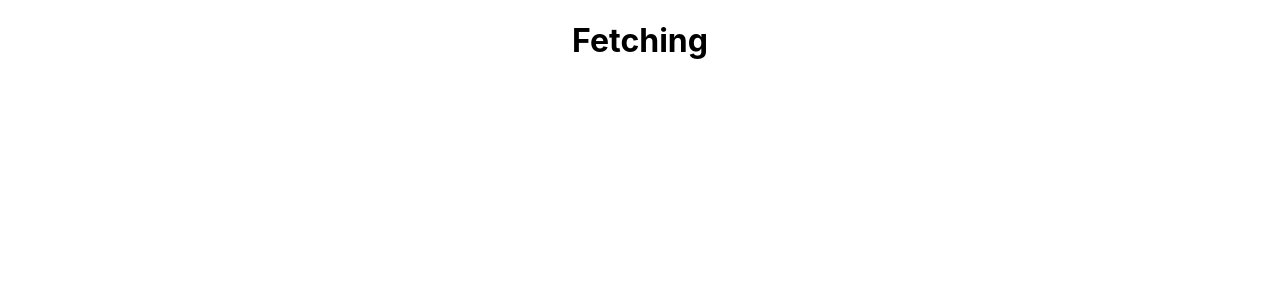
Repository: Tsardines/app
Page: / (app in my-app/)
An editor plug-in stored every save of this project. The page is shown before and after the next save, followed by the edit.
The browser window is 1280 px wide. The pictures show the whole page.
The page's requests for data from a server got no answer. The project was rebuilt for these pictures with package versions that can differ from the ones it lists, and the page was loaded fresh each time. No one was signed in, and anything a server would have sent is missing.

Above is the page before, as saved 2018-11-13 22:52:38.

### my-app/public/index.html
<!DOCTYPE html>
<html lang="en">
  <head>
    <meta charset="utf-8">
    <meta name="viewport" content="width=device-width, initial-scale=1, shrink-to-fit=no">
    <meta name="theme-color" content="#000000">
    <!--
      manifest.json provides metadata used when your web app is added to the
      homescreen on Android. See https://developers.google.com/web/fundamentals/web-app-manifest/
    -->
    <link rel="manifest" href="%PUBLIC_URL%/manifest.json">
    <!--
      Notice the use of %PUBLIC_URL% in the tags above.
      It will be replaced with the URL of the `public` folder during the build.
      Only files inside the `public` folder can be referenced from the HTML.

      Unlike "/favicon.ico" or "favicon.ico", "%PUBLIC_URL%/favicon.ico" will
      work correctly both with client-side routing and a non-root public URL.
      Learn how to configure a non-root public URL by running `npm run build`.
    -->
    <title>React App</title>
  </head>
  <body>
    <noscript>
      You need to enable JavaScript to run this app.
    </noscript>
    <div id="root"></div>
    <!--
      This HTML file is a template.
      If you open it directly in the browser, you will see an empty page.

      You can add webfonts, meta tags, or analytics to this file.
      The build step will place the bundled scripts into the <body> tag.

      To begin the development, run `npm start` or `yarn start`.
      To create a production bundle, use `npm run build` or `yarn build`.
    -->
  </body>
</html>

### my-app/src/App.js
import React, { Component } from 'react';

// import Main from './components/Main.js';
import './App.css';


class App extends Component {
  constructor(props) {
    super(props);

    this.state = {
      items: []
    };
    this.componentWillMount = this.componentWillMount.bind(this);
  }

  componentWillMount() {
    fetch('https://api.myjson.com/bins/1h7z16')
    .then(res => res.json())
    .then(data => {
      this.setState({ items: data });
    });
  }


  render() {

    const { items } = this.state;

    return (
      <div className="App">

      <h1>Fetching</h1>


        { items.map((item, num) => {
            return (
              <div className="people">
                <p key={num}><strong>Name: </strong>{item.name}</p>
                <p key={num}><strong>Title: </strong>{item.title}</p>
                <p key={num}><strong>Email: </strong>{item.email}</p>
                <p key={num}><strong>Office: </strong>{item.office}</p>
                {/* <p>{item.manager}</p> */}
              </div>

            );
        })}
      </div>
    );
  }
}

export default App;

Loaded but not shown: my-app/src/index.js (common file); my-app/src/index.css (common file); my-app/src/serviceWorker.js (common file); my-app/src/App.css (common file)

After the next save:
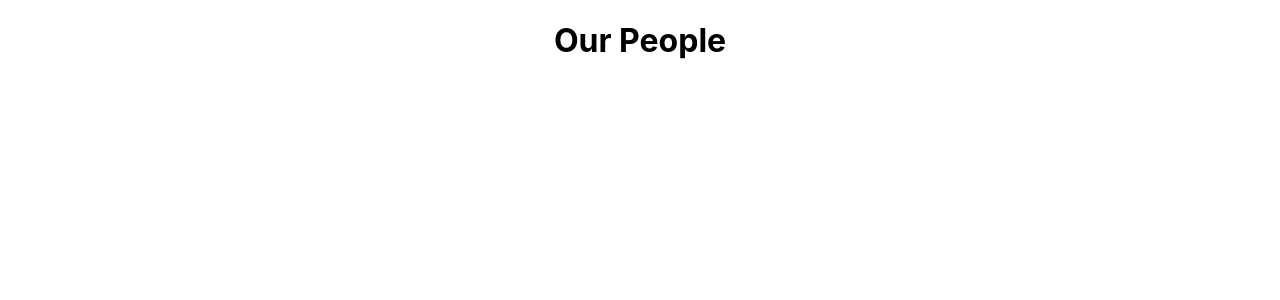
Saved 23 s later.
--- a/my-app/src/App.js
+++ b/my-app/src/App.js
@@ -30,7 +30,7 @@ class App extends Component {
     return (
       <div className="App">
 
-      <h1>Fetching</h1>
+      <h1>Our People</h1>
 
 
         { items.map((item, num) => {
